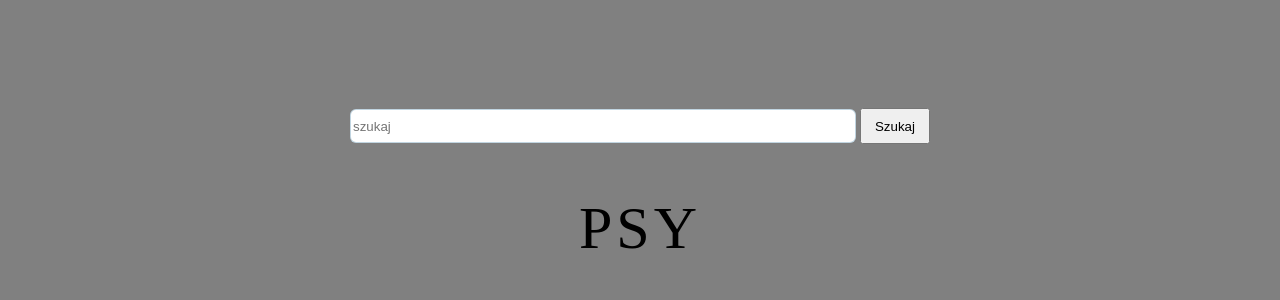
Repository: kq333/wyszukiarka-filmowa
Page: index.html
An editor plug-in stored every save of this project. The page is shown before and after the next save, followed by the edit.
The browser window is 1280 px wide. The pictures show the whole page.
The style sheet was rebuilt from its Sass, Less or Tailwind sources for each picture, by a compiler version that may differ from the author's.

Above is the page before, as saved 2021-01-20 12:48:01.

After the next save:
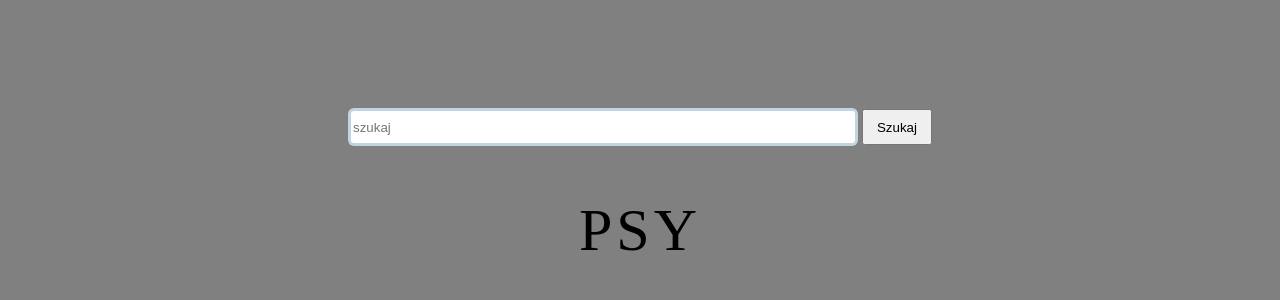
Saved 10 s later.
--- a/style/style.scss
+++ b/style/style.scss
@@ -26,7 +26,7 @@ body{
         width: 500px;
         height: 30px;
         border-radius: 6px;
-        border:1px solid rgba(100, 151, 180, 0.4);
+        border:3px solid rgba(100, 151, 180, 0.4);
     }
 
     #btn{
